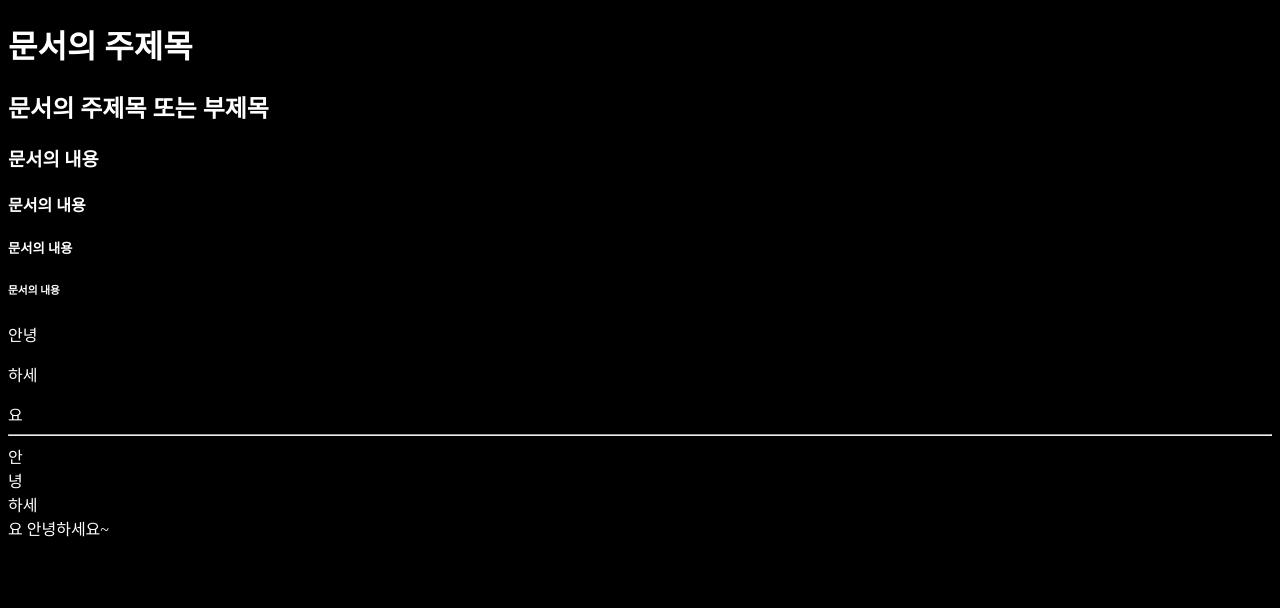
Repository: sjh86/html-day01
Page: html/day01.html
The author's editor kept a copy of each file at every save. The page is drawn from the files as they stood at one save, then again after the next save.
The browser window is 1280 px wide. The pictures show the whole page.

Above is the page before, as saved 2021-10-04 05:00:47.

### html/day01.html
<!DOCTYPE html>
<html>
<head>
<meta charset="EUC-KR">
<title>Insert title here</title>
</head>
<body text="white" bgcolor="black">

<h1>문서의 주제목</h1>
<h2>문서의 주제목 또는 부제목</h2>
<h3>문서의 내용</h3>
<h4>문서의 내용</h4>
<h5>문서의 내용</h5>
<h6>문서의 내용</h6>
안녕
<p>하세</p>
요
<hr>
안<br>녕<br>
하세<br>
요
<!--

주석
 -->
	안녕하세요~
</body>
</html>

After the next save:
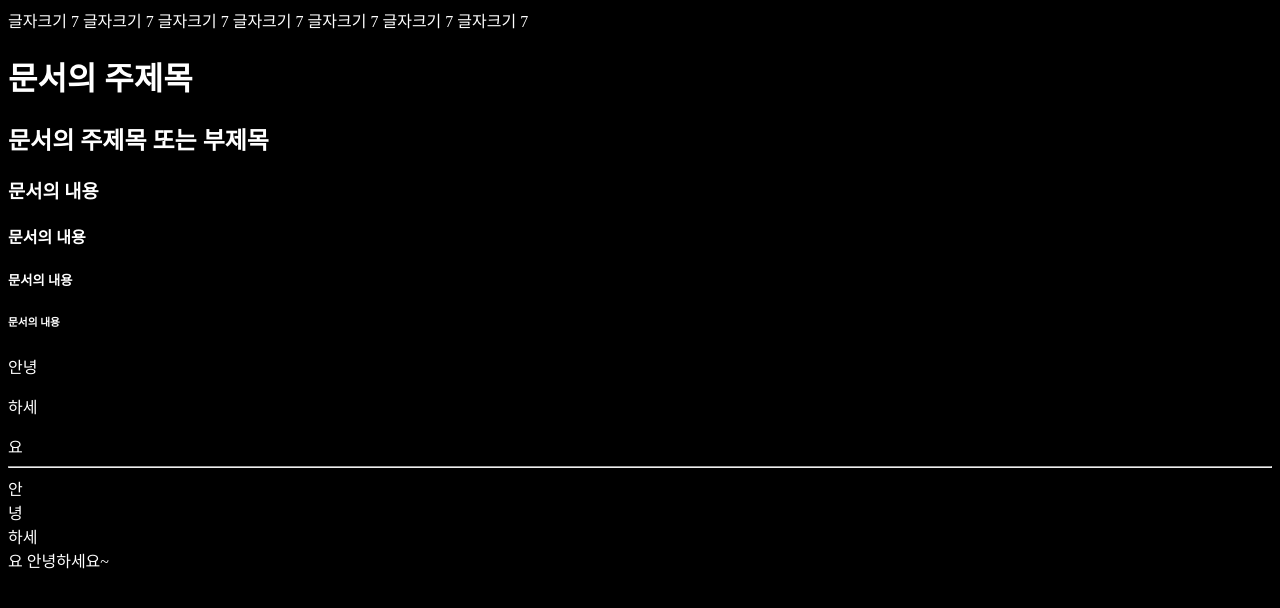
Saved 92 s later.
--- a/html/day01.html
+++ b/html/day01.html
@@ -5,6 +5,15 @@
 <title>Insert title here</title>
 </head>
 <body text="white" bgcolor="black">
+
+<font siza = "7">글자크기 7</font>
+<font siza = "6">글자크기 7</font>
+<font siza = "5">글자크기 7</font>
+<font siza = "4">글자크기 7</font>
+<font siza = "3">글자크기 7</font>
+<font siza = "2">글자크기 7</font>
+<font siza = "1">글자크기 7</font>
+
 
 <h1>문서의 주제목</h1>
 <h2>문서의 주제목 또는 부제목</h2>
